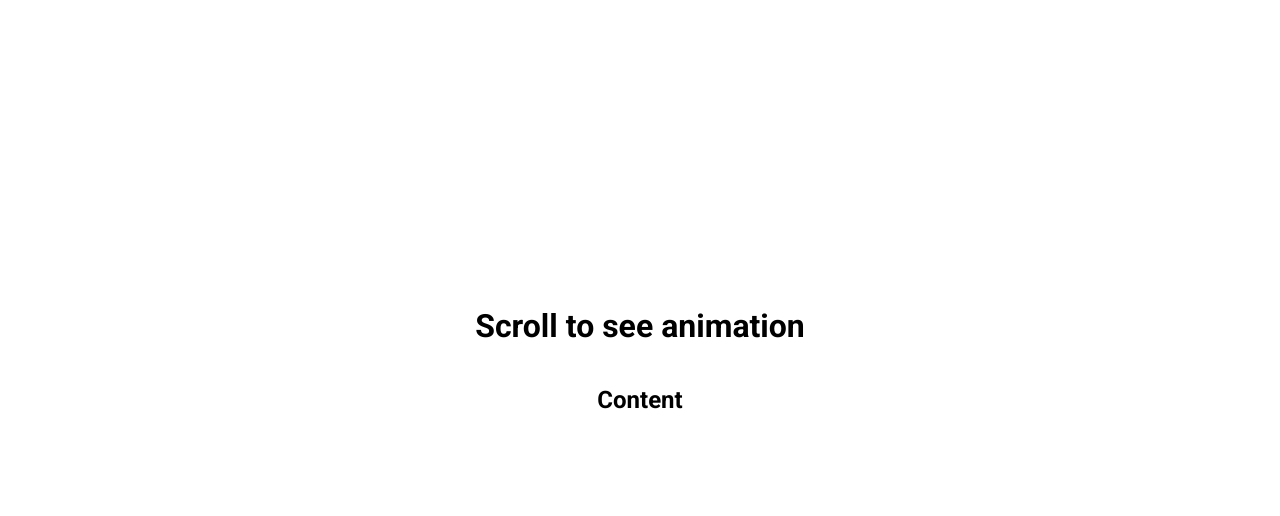
Repository: thecoachanna/scroll-animation
Page: index.html
An editor plug-in stored every save of this project. The page is shown before and after the next save, followed by the edit.
The browser window is 1280 px wide. The pictures show the whole page.
Some web fonts or font styles are not loaded; a fallback is used.

Above is the page before, as saved 2023-02-20 12:38:22.

### index.html
<!DOCTYPE html>
<html lang="en">
<head>
    <meta charset="UTF-8">
    <meta http-equiv="X-UA-Compatible" content="IE=edge">
    <meta name="viewport" content="width=device-width, initial-scale=1.0">
    <link rel="stylesheet" href="style.css">
    <title>Scroll Animation</title>
</head>
<body>
    <h1>Scroll to see animation</h1>
    <div class="box"><h2>Content</h2></div>
    <script src="script.js"></script>
</body>
</html>

### style.css
@import url('https://fonts.googleapis.com/css2?family=Inter:wght@400;600;700&family=Lato:wght@100&family=Oswald:wght@700&family=Outfit&family=Poiret+One&family=Roboto:wght@400;700&display=swap');


* {
    box-sizing: border-box;
}

body {
    font-family: 'Roboto', sans-serif;
    display: flex;
    flex-direction: column;
    align-items: center;
    justify-content: center;
    height: 100vh;
    overflow: hidden;
    margin: 0;
}

Loaded but not shown: script.js (no copy from this time; the picture is the same without it)

After the next save:
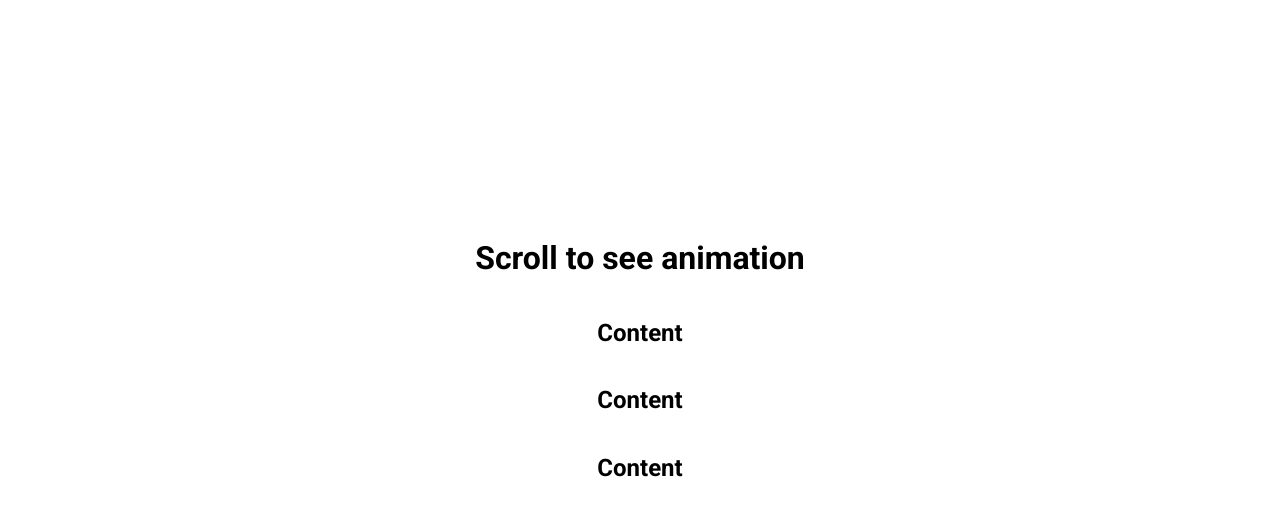
Saved 13 s later.
--- a/index.html
+++ b/index.html
@@ -10,6 +10,9 @@
 <body>
     <h1>Scroll to see animation</h1>
     <div class="box"><h2>Content</h2></div>
+    <div class="box"><h2>Content</h2></div>
+    <div class="box"><h2>Content</h2></div>
+    <var><var><var><var><var><var><var></var></var></var></var></var></var></var>
     <script src="script.js"></script>
 </body>
 </html>
